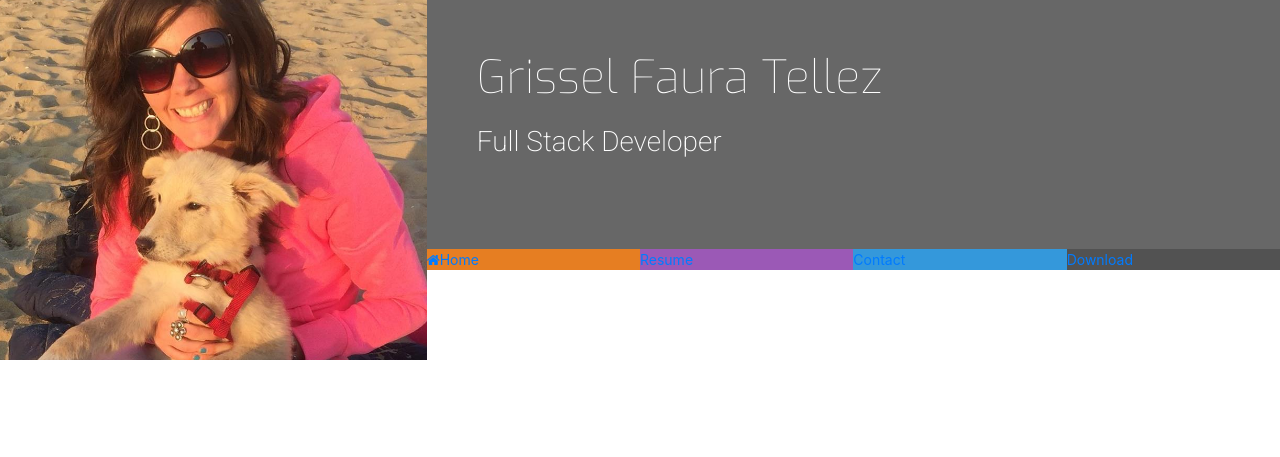
Repository: grisselfaura/Resume-Project-Introduction
Page: index.html
The author's editor kept a record of every edit. The page is drawn from the files as they stood at one moment, then again after the next edit.
The browser window is 1280 px wide. The pictures show the whole page.

Above is the page before.

After the next edit:
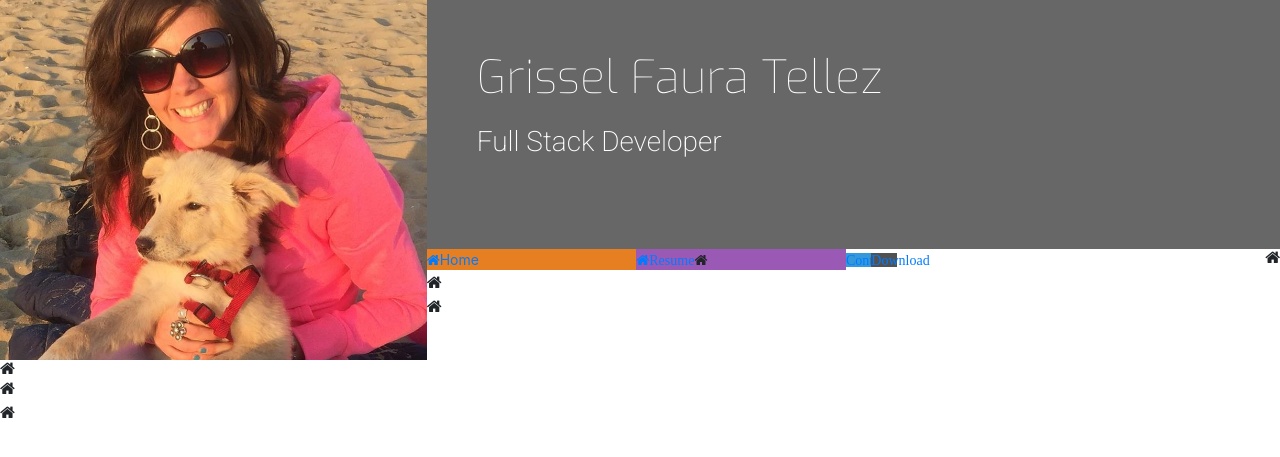
The edit:
--- a/index.html
+++ b/index.html
@@ -27,7 +27,7 @@
                                <a href="#"><i class="fa fa-home" aria-hidden="true"></i><span>Home</span></a>
                            </li>
                            <li class="col-6 col-sm-3 ui-menu-color-resume list-inline-item">
-                               <a href="#"><span>Resume</span></a>
+                               <a href="#"><i class="fa fa-home" aria-hidden="true"></i<span>Resume</span></a>
                            </li>
                            <li class="col-6 col-sm-3 ui-menu-color-contact list-inline-item">
                                <a href="#"><span>Contact</span></a>
